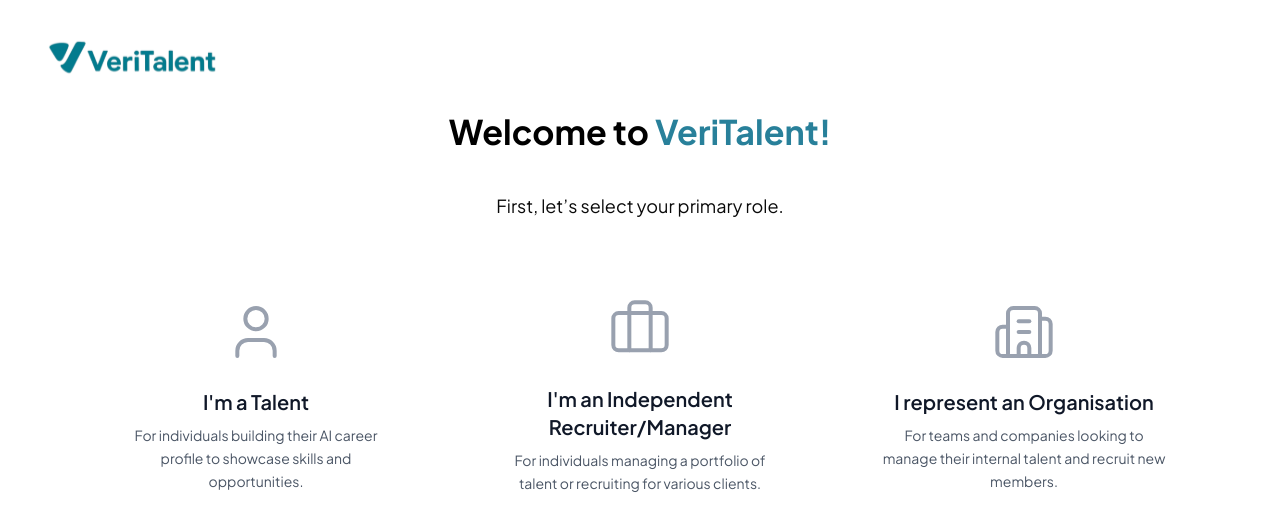
Repository: VeriTalent-Organization/VeriTalent
Page: /
An editor plug-in stored every save of this project. The page is shown before and after the next save, followed by the edit.
The browser window is 1280 px wide. The pictures show the whole page.
The project was rebuilt for these pictures with package versions that can differ from the ones it lists, and the page was loaded fresh each time. The framework's server and built-in components were replaced by stand-ins that run in the browser. Also part of the build but not shown: next.config.ts.

Above is the page before, as saved 2025-12-05 17:37:24.

### app/layout.tsx
import type { Metadata } from "next";
import { Plus_Jakarta_Sans } from "next/font/google";
import "./globals.css";


export const metadata: Metadata = {
  title: {
    default: "VeriTalent - AI-Powered Talent Screening & Verified Career Profiles",
    template: "%s | VeriTalent",
  },
  description:
    "VeriTalent helps employers hire faster, reduce bias, and select the right candidates with intelligent screening and AI-driven insights. Empower talents to showcase verified career profiles enriched with actionable growth intelligence.",
  keywords: "talent screening, AI hiring, reduce bias recruiting, verified profiles, career growth intelligence, employer tools",
  authors: [{ name: "VeriTalent" }],
  openGraph: {
    title: "VeriTalent - Intelligent Hiring & Talent Empowerment",
    description:
      "Hire faster with AI insights and empower talents with verified profiles.",
    type: "website",
    locale: "en_US",
    siteName: "VeriTalent",
  },
  twitter: {
    card: "summary_large_image",
    title: "VeriTalent",
    description:
      "AI-driven hiring and verified talent profiles for faster, fairer recruitment.",
  },
  robots: {
    index: true,
    follow: true,
  },
};

const plus_jarkata_sans = Plus_Jakarta_Sans(
  {
    weight:['200',"300","400","500","600","700","800"],
    style: "normal",
    subsets:["latin"]
  }
)

export default function RootLayout({
  children,
}: Readonly<{
  children: React.ReactNode;
}>) {
  return (
    <html lang="en">
      <head>
        {/* Essential for mobile responsiveness (SEO ranking factor) */}
        <meta name="viewport" content="width=device-width, initial-scale=1" />

        {/* Favicon (add your own files) */}
        <link rel="icon" href="/favicon.ico" />
        <link rel="apple-touch-icon" href="/apple-touch-icon.png" />

        {/* Optional: Canonical URL to avoid duplicates */}
        <link rel="canonical" href="https://www.veritalent.com" />
      </head>
      <body
        className={`${plus_jarkata_sans.className} antialiased`}
        suppressHydrationWarning // Optional: Suppresses warnings from font loading
      >
        {/* Optional accessibility enhancement: Skip link (improves keyboard navigation & indirect SEO) */}
        <a href="#main-content" className="sr-only focus:not-sr-only">
          Skip to main content
        </a>

        {children}

        {/* If you have a main content wrapper in pages, id="main-content" there */}
      </body>
    </html>
  );
}

### app/page.tsx
'use client'
import UserTypeCard from '@/components/reuseables/cards/user_type_card'
import MaxWidthContainer from '@/components/reuseables/max_width_container'
import { Text } from '@/components/reuseables/text'
import Icons from '@/lib/configs/icons.config'
import { Briefcase, Building2, User } from 'lucide-react'
import Image from 'next/image'
import React, { useState } from 'react'

const Home = () => {
  const [selectedType, setSelectedType] = useState<string | null>(null);
  return (
    <MaxWidthContainer large >
      <div className='flex items-center py-6'>
        <Image height={200} width={200} alt='veritalent logo' src={Icons.veritalentLogo}/>
      </div>
      <div className='flex items-center justify-center flex-col gap-12'>
        <Text as='h1' variant='Heading'>Welcome to <span className='text-brand-primary'>VeriTalent!</span></Text>
        <Text as='h3' variant='SubText'>First, let’s select your primary role.</Text>
        <div className="grid grid-cols-1 md:grid-cols-3 gap-8 max-w-6xl mx-auto px-4">
      <UserTypeCard
        icon={<User size={64} strokeWidth={1.5} />}
        title="I'm a Talent"
        description="For individuals building their AI career profile to showcase skills and opportunities."
        selected={selectedType === 'talent'}
        onClick={() => setSelectedType('talent')}
      />

      <UserTypeCard
        icon={<Briefcase size={64} strokeWidth={1.5} />}
        title="I'm an Independent Recruiter/Manager"
        description="For individuals managing a portfolio of talent or recruiting for various clients."
        selected={selectedType === 'recruiter'}
        onClick={() => setSelectedType('recruiter')}
      />

      <UserTypeCard
        icon={<Building2 size={64} strokeWidth={1.5} />}
        title="I represent an Organisation"
        description="For teams and companies looking to manage their internal talent and recruit new members."
        selected={selectedType === 'organization'}
        onClick={() => setSelectedType('organization')}
      />
    </div>
      </div>
    </MaxWidthContainer>
  )
}

export default Home

### app/globals.css
@import "tailwindcss";
@import "tw-animate-css";

@custom-variant dark (&:is(.dark *));

@theme {
  --color-brand-primary: #28809A;
  --color-gray-shade: #D9D9D9; /* Removed alpha; use /opacity modifiers instead */
  --color-green-shade: #DCFCE7;
  --color-ink-blue: #2563EB;
  --color-alert-red: #C22929;
  --color-shade-green: #0D9488;
  --color-sky-blue: #E6EDFF;
  --color-weird-orange: #EFBF04;
}

@theme inline {
  --color-background: var(--background);
  --color-foreground: var(--foreground);
  --font-sans: var(--font-geist-sans);
  --font-mono: var(--font-geist-mono);
  --color-sidebar-ring: var(--sidebar-ring);
  --color-sidebar-border: var(--sidebar-border);
  --color-sidebar-accent-foreground: var(--sidebar-accent-foreground);
  --color-sidebar-accent: var(--sidebar-accent);
  --color-sidebar-primary-foreground: var(--sidebar-primary-foreground);
  --color-sidebar-primary: var(--sidebar-primary);
  --color-sidebar-foreground: var(--sidebar-foreground);
  --color-sidebar: var(--sidebar);
  --color-chart-5: var(--chart-5);
  --color-chart-4: var(--chart-4);
  --color-chart-3: var(--chart-3);
  --color-chart-2: var(--chart-2);
  --color-chart-1: var(--chart-1);
  --color-ring: var(--ring);
  --color-input: var(--input);
  --color-border: var(--border);
  --color-destructive: var(--destructive);
  --color-accent-foreground: var(--accent-foreground);
  --color-accent: var(--accent);
  --color-muted-foreground: var(--muted-foreground);
  --color-muted: var(--muted);
  --color-secondary-foreground: var(--secondary-foreground);
  --color-secondary: var(--secondary);
  --color-primary-foreground: var(--primary-foreground);
  --color-primary: var(--primary);
  --color-popover-foreground: var(--popover-foreground);
  --color-popover: var(--popover);
  --color-card-foreground: var(--card-foreground);
  --color-card: var(--card);
  --radius-sm: calc(var(--radius) - 4px);
  --radius-md: calc(var(--radius) - 2px);
  --radius-lg: var(--radius);
  --radius-xl: calc(var(--radius) + 4px);
}

:root {
  --radius: 0.625rem;
  --background: oklch(1 0 0);
  --foreground: oklch(0.145 0 0);
  --card: oklch(1 0 0);
  --card-foreground: oklch(0.145 0 0);
  --popover: oklch(1 0 0);
  --popover-foreground: oklch(0.145 0 0);
  --primary: oklch(0.205 0 0);
  --primary-foreground: oklch(0.985 0 0);
  --secondary: oklch(0.97 0 0);
  --secondary-foreground: oklch(0.205 0 0);
  --muted: oklch(0.97 0 0);
  --muted-foreground: oklch(0.556 0 0);
  --accent: oklch(0.97 0 0);
  --accent-foreground: oklch(0.205 0 0);
  --destructive: oklch(0.577 0.245 27.325);
  --border: oklch(0.922 0 0);
  --input: oklch(0.922 0 0);
  --ring: oklch(0.708 0 0);
  --chart-1: oklch(0.646 0.222 41.116);
  --chart-2: oklch(0.6 0.118 184.704);
  --chart-3: oklch(0.398 0.07 227.392);
  --chart-4: oklch(0.828 0.189 84.429);
  --chart-5: oklch(0.769 0.188 70.08);
  --sidebar: oklch(0.985 0 0);
  --sidebar-foreground: oklch(0.145 0 0);
  --sidebar-primary: oklch(0.205 0 0);
  --sidebar-primary-foreground: oklch(0.985 0 0);
  --sidebar-accent: oklch(0.97 0 0);
  --sidebar-accent-foreground: oklch(0.205 0 0);
  --sidebar-border: oklch(0.922 0 0);
  --sidebar-ring: oklch(0.708 0 0);
}

.dark {
  --background: oklch(0.145 0 0);
  --foreground: oklch(0.985 0 0);
  --card: oklch(0.205 0 0);
  --card-foreground: oklch(0.985 0 0);
  --popover: oklch(0.205 0 0);
  --popover-foreground: oklch(0.985 0 0);
  --primary: oklch(0.922 0 0);
  --primary-foreground: oklch(0.205 0 0);
  --secondary: oklch(0.269 0 0);
  --secondary-foreground: oklch(0.985 0 0);
  --muted: oklch(0.269 0 0);
  --muted-foreground: oklch(0.708 0 0);
  --accent: oklch(0.269 0 0);
  --accent-foreground: oklch(0.985 0 0);
  --destructive: oklch(0.704 0.191 22.216);
  --border: oklch(1 0 0 / 10%);
  --input: oklch(1 0 0 / 15%);
  --ring: oklch(0.556 0 0);
  --chart-1: oklch(0.488 0.243 264.376);
  --chart-2: oklch(0.696 0.17 162.48);
  --chart-3: oklch(0.769 0.188 70.08);
  --chart-4: oklch(0.627 0.265 303.9);
  --chart-5: oklch(0.645 0.246 16.439);
  --sidebar: oklch(0.205 0 0);
  --sidebar-foreground: oklch(0.985 0 0);
  --sidebar-primary: oklch(0.488 0.243 264.376);
  --sidebar-primary-foreground: oklch(0.985 0 0);
  --sidebar-accent: oklch(0.269 0 0);
  --sidebar-accent-foreground: oklch(0.985 0 0);
  --sidebar-border: oklch(1 0 0 / 10%);
  --sidebar-ring: oklch(0.556 0 0);
}

@layer base {
  * {
    @apply border-border outline-ring/50;
  }
  body {
    @apply bg-background text-foreground;
  }
}

### components/reuseables/cards/user_type_card.tsx
// components/UserTypeCard.tsx
import React from 'react';
import { cn } from '@/lib/utils'; // Optional: if you have a cn utility (common with shadcn)

interface UserTypeCardProps {
  title: string;
  description: string;
  icon: React.ReactNode;
  selected?: boolean;
  onClick?: () => void;
  className?: string;
}

const UserTypeCard: React.FC<UserTypeCardProps> = ({
  title,
  description,
  icon,
  selected = false,
  onClick,
  className,
}) => {
  return (
    <div
      onClick={onClick}
      className={cn(
        'relative flex flex-col items-center justify-center p-8 bg-white rounded-2xl border-2 border-transparent cursor-pointer transition-all duration-300 hover:shadow-lg hover:-translate-y-1',
        selected &&
          'border-brand-primary ring-4 ring-primary/20 bg-primary/5', // Highlight when selected
        className
      )}
    >
      {/* Optional: small circle indicator in top-left (like your screenshot) */}
      {selected && (
        <div className="absolute top-3 left-3 w-6 h-6 bg-brand-primary rounded-full border-4 border-white" />
      )}

      {/* Icon with primary tint when selected */}
      <div
        className={cn(
          'mb-6 text-gray-400',
          selected && 'text-primary'
        )}
      >
        {icon}
      </div>

      <h3 className="text-xl font-semibold text-gray-900 text-center mb-2">
        {title}
      </h3>

      <p className="text-sm text-gray-600 text-center leading-relaxed">
        {description}
      </p>
    </div>
  );
};

export default UserTypeCard;

### components/reuseables/max_width_container.tsx
import React from 'react';
import { cn } from '@/lib/utils';


type MaxWidthContainerProps = {
  children: React.ReactNode;
  className?: string;
  /** Optional: control padding on small screens */
  paddingX?: 'px-4' | 'px-6' | 'px-8' | 'none';
  /** Optional: larger max-width for dashboards or full-width sections */
  large?: boolean;
};

const MaxWidthContainer: React.FC<MaxWidthContainerProps> = ({
  children,
  className,
  paddingX = 'px-4',
  large = false,
}) => {
  return (
    <div
      className={cn(
        'mx-auto w-full',
        paddingX === 'none' ? '' : `${paddingX} sm:${paddingX.replace('px-', 'px-')} md:px-8`,
        large ? 'max-w-7xl' : 'max-w-5xl', // 1280px or 1024px
        className
      )}
    >
      {children}
    </div>
  );
};

export default MaxWidthContainer;

### components/reuseables/text.tsx
import { TextConfigurations } from "@/lib/configs/text-configs";

type TextVariant = keyof typeof TextConfigurations;

interface TextProps {
  variant?: TextVariant;
  children: React.ReactNode;
  className?: string;
  color?: string;
  as?: "h1" | "h2" | "h3" | "h4" | "h5" | "h6" | "p" | "span" | "div";
  style?: React.CSSProperties;
}

// Reusable Text Component
export const Text: React.FC<TextProps> = ({
  variant = "RegularText",
  children,
  className = "",
  color,
  as: Component = "p",
  style = {},
}) => {
  const config = TextConfigurations[variant];

  // Determine the color to use
  const textColor =
    color || (config.color === "dynamic" ? undefined : config.color);

  // Build the style object
  const combinedStyle: React.CSSProperties = {
    fontSize: `${config.fontSize}px`,
    lineHeight: config.lineHeight,
    color: textColor,
    ...style,
  };

  // Combine class names
  const combinedClassName = `${config.fontWeight} ${className}`.trim();

  return (
    <Component style={combinedStyle} className={combinedClassName}>
      {children}
    </Component>
  );
};

### lib/configs/icons.config.ts
export class Icons {
  // Person & Profile Icons
  static famiconsPersonOutline = '/famicons_person-outline.svg';
  static ggProfile = '/gg_profile.svg';

  // File & Document Icons
  static file = '/file.svg';
  static ggFileDocument = '/gg_file-document.svg';

  // Social Media Icons
  static flatColorIconsGoogle = '/flat-color-icons_google.svg';
  static skillIconsLinkedin = '/skill-icons_linkedin.svg';

  // UI Icons
  static globe = '/globe.svg';
  static group = '/Group.png';
  static icRoundPostAdd = '/ic_round-post-add.svg';
  static veritalentLogo = '/veritalent.svg';

  // Message & Communication Icons
  static jamMessages = '/jam_messages.png';
  static jamMessagesAlt = '/jam_messages.svg';
  static jamWorld = '/jam_world.png';

  // Dashboard & Layout Icons
  static mageDashboard = '/mage_dashboard.svg';
  static logosMicrosoftIcon = '/logos_microsoft-icon.svg';

  // Upload & Cloud Icons
  static meteorIconsUploadCloud = '/meteor-icons_upload-cloud.svg';

  // Security Icons
  static solarLockPasswordLinear = '/solar_lock-password-linear.svg';
}

// Export for convenient access
export default Icons;

### lib/configs/text-configs.ts
export const TextConfigurations = {
    Heading: {
        fontSize: 34,
        fontWeight:'font-bold',
        lineHeight:'100%',
        color:'#000000'
    },
    SubHeadings:{
          fontSize: 22,
        fontWeight:'font-bold',
        lineHeight:'100%',
        color:'#000000'
    },
    SubText:{
        fontSize:18.05,
        fontWeight:'font-[400]',
        lineHeight:'100%',
        color:'#000000/70'
    },
    RegularText:{
        fontSize:20.45,
        fontWeight:'font-semibold',
        lineHeight: '100%',
        color:'dynamic'
    }
}

Loaded but not shown: lib/utils.ts (common file)

After the next save:
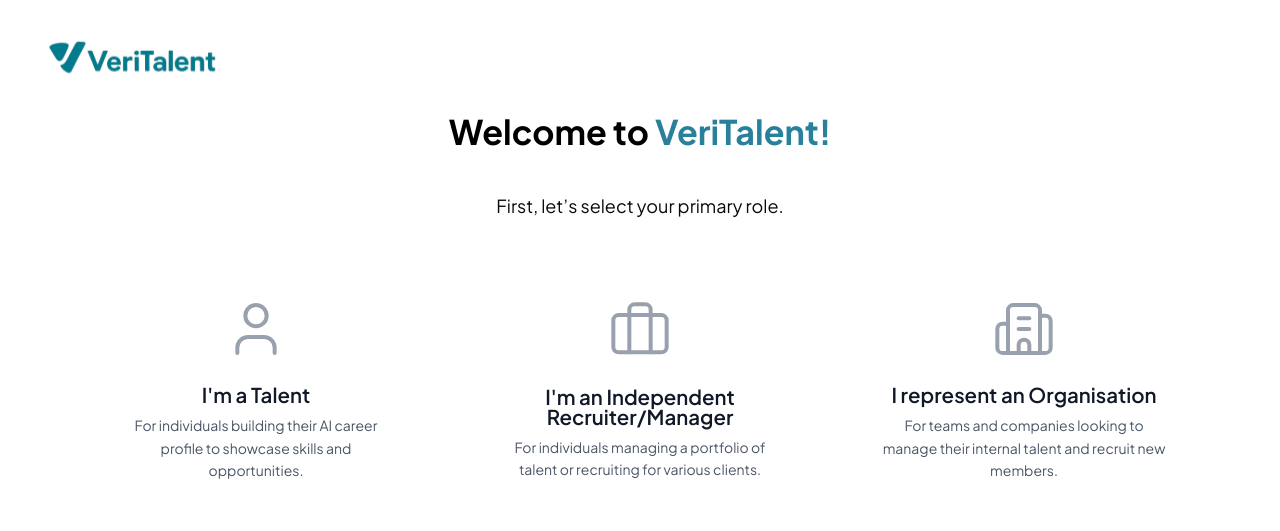
Saved 35 s later.
--- a/components/reuseables/cards/user_type_card.tsx
+++ b/components/reuseables/cards/user_type_card.tsx
@@ -1,6 +1,7 @@
 // components/UserTypeCard.tsx
 import React from 'react';
 import { cn } from '@/lib/utils'; // Optional: if you have a cn utility (common with shadcn)
+import { Text } from '../text';
 
 interface UserTypeCardProps {
   title: string;
@@ -44,9 +45,9 @@
         {icon}
       </div>
 
-      <h3 className="text-xl font-semibold text-gray-900 text-center mb-2">
+      <Text className="text-xl font-semibold text-gray-900 text-center mb-2">
         {title}
-      </h3>
+      </Text>
 
       <p className="text-sm text-gray-600 text-center leading-relaxed">
         {description}
